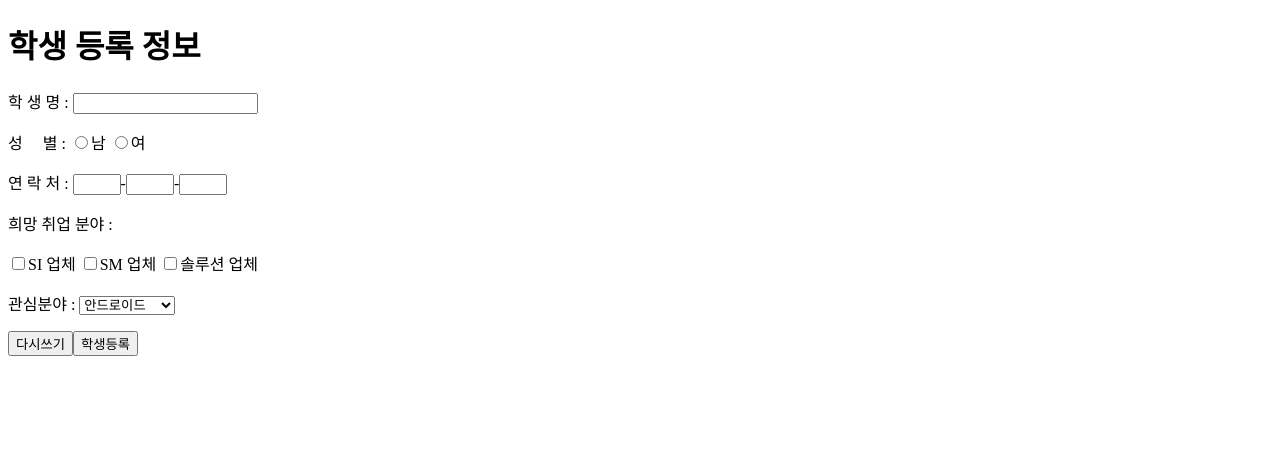
Repository: ddochiisrich/Ddochi-Web
Page: http://localhost/JSPStudyCh04Exam/jspFormData02.jsp
An editor plug-in stored every save of this project. The page is shown before and after the next save, followed by the edit.
The browser window is 1280 px wide. The pictures show the whole page.
The page is served by Tomcat 9. Other server files are loaded and not shown.

Above is the page before, as saved 2024-04-04 13:09:55.

### JSPStudyCh04Exam/src/main/webapp/jspFormData02.jsp
<%@ page language="java" contentType="text/html; charset=UTF-8"
    pageEncoding="UTF-8"%>
<!DOCTYPE html>
<html>
<head>
<meta charset="UTF-8">
<title>Insert title here</title>

<style>
.phone1, .phone2, .phone3{
	width:40px
}
</style>

</head>
<body>
	<form name="studentInfo" action="studentInfo">
		<h1>학생 등록 정보</h1>
		<p>학&nbsp;생&nbsp;명 : <input type="text" name="name"></p>
		<p>성&nbsp;&nbsp;&nbsp;&nbsp;&nbsp;별 : <input type="radio" name="gender" value="male">남 <input type="radio" name="gender" value="female">여</p>
		<p>연&nbsp;락&nbsp;처 : <input type="text" name="phone1" class="phone1">-<input type="text" name="phone2" class="phone2">-<input type="text" name="phone3" class="phone3"></p>
		<p>희망 취업 분야 :</p>
		<p><input type="checkbox" name="si">SI 업체&nbsp;<input type="checkbox" name="sm">SM 업체&nbsp;<input type="checkbox" name="solution">솔루션 업체</p>
		<p>관심분야 : <select>
					<option>안드로이드</option>
					<option>자바스크립트</option>
					<option>스프링</option>
					<option>제이쿼리</option>
				</select></p>

		<input type="reset" value="다시쓰기"><input type="submit" value="학생등록">
	</form>
</body>
</html>

After the next save:
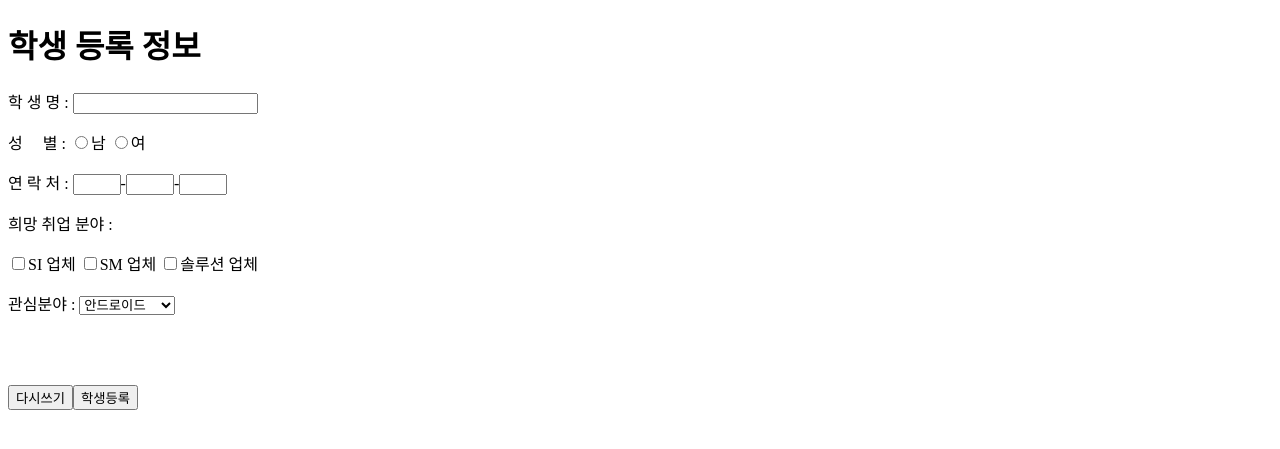
Saved 17 s later.
--- a/JSPStudyCh04Exam/src/main/webapp/jspFormData02.jsp
+++ b/JSPStudyCh04Exam/src/main/webapp/jspFormData02.jsp
@@ -26,7 +26,7 @@
 					<option>자바스크립트</option>
 					<option>스프링</option>
 					<option>제이쿼리</option>
-				</select></p>
+				</select></p><br><br><br>
 
 		<input type="reset" value="다시쓰기"><input type="submit" value="학생등록">
 	</form>
